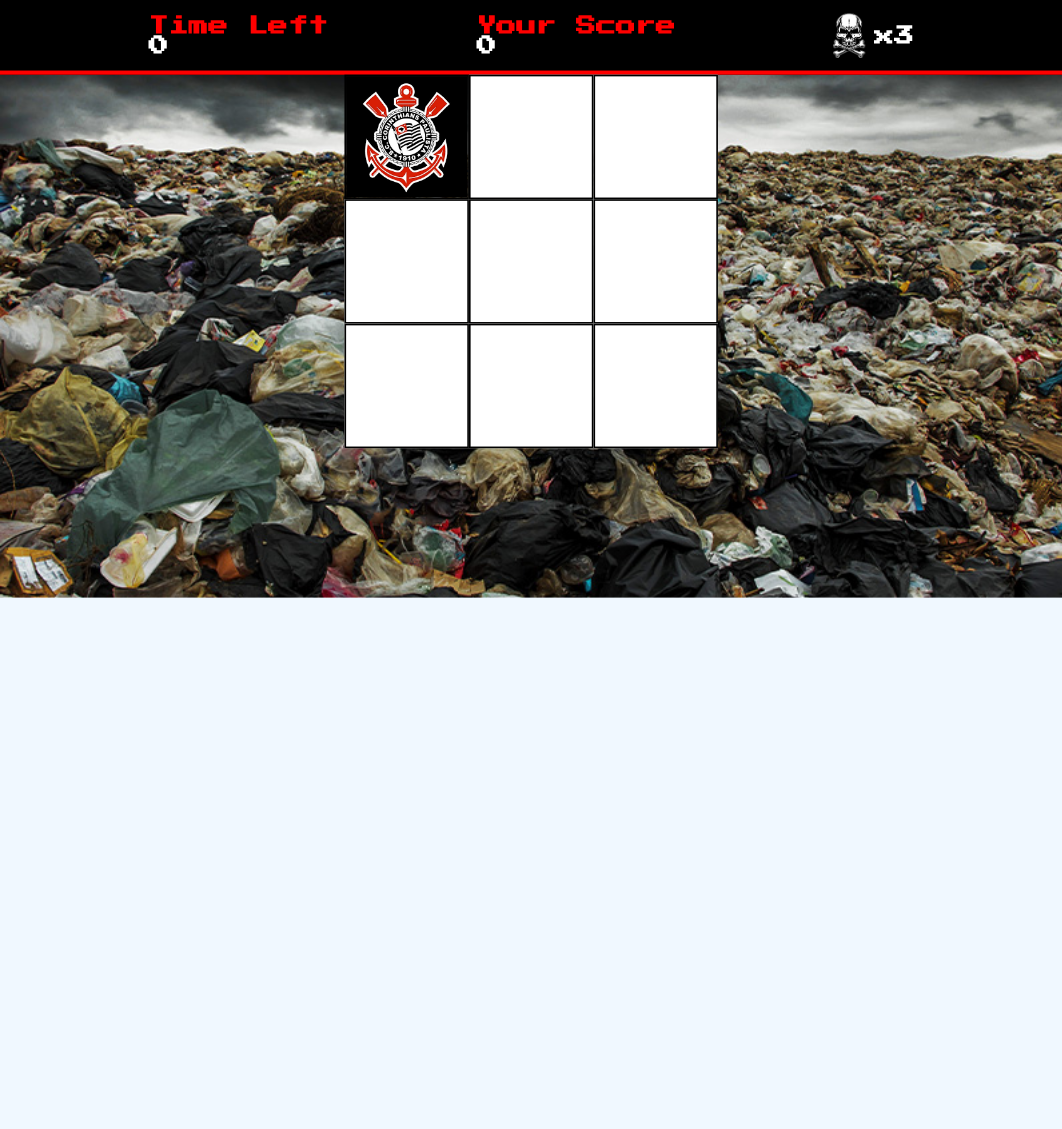
Repository: saulobeltrame/jogo-corinthians
Page: index.html
These files come from the project's save history. The page is drawn as it stood at one moment and after the next save; the edit follows.
The browser window is 1280 px wide. The pictures show the whole page, at 83% of full size.
Some web fonts or font styles are not loaded; a fallback is used.

Above is the page before, as saved 2024-11-20 17:42:53.

After the next save:
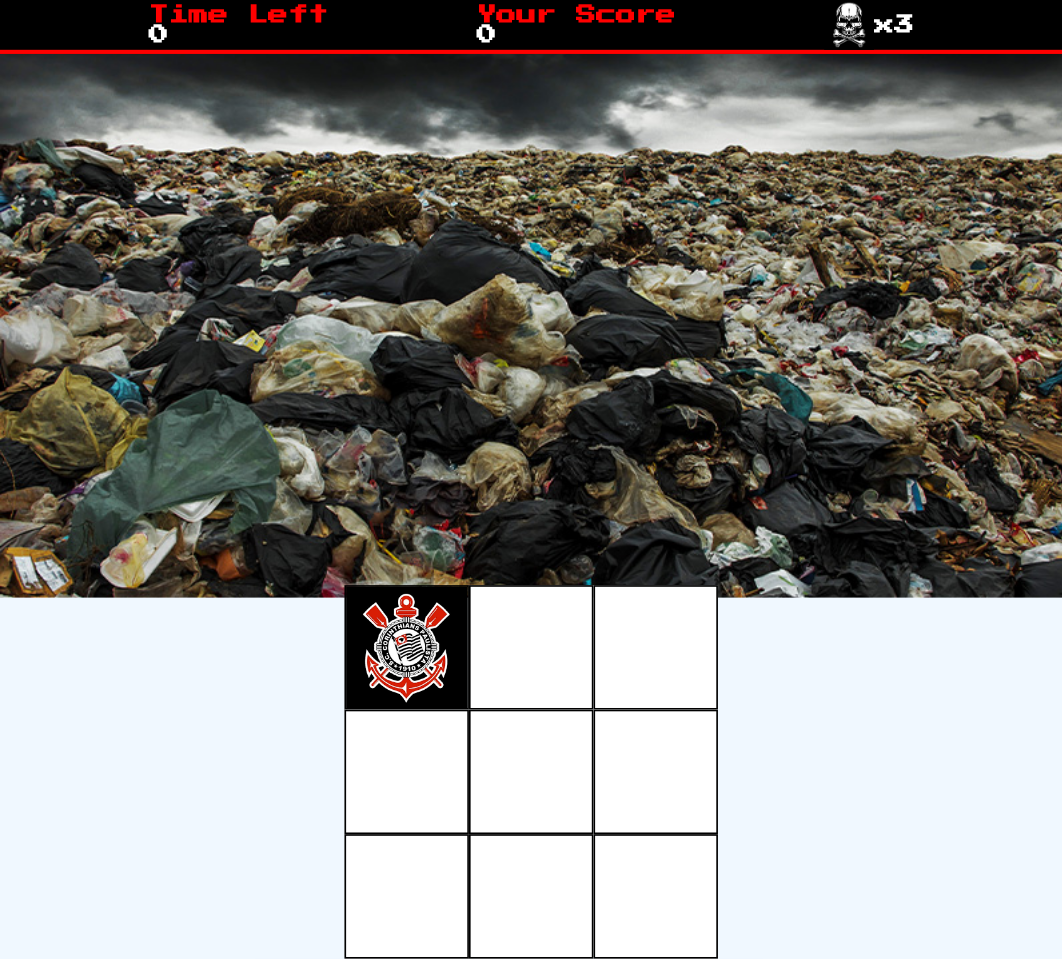
Saved 20 s later.
--- a/src/styles/main.css
+++ b/src/styles/main.css
@@ -1,5 +1,4 @@
 body{
-    margin-bottom: 50%;
     background-color: #f0f8ff;
 }
 .container{
@@ -14,7 +13,7 @@
     display: flex;
     justify-content: space-evenly;
     align-items: center;
-
+    margin-bottom: 50%;
     height: 90px;
     width: 100%;
     background-color: #000000;
